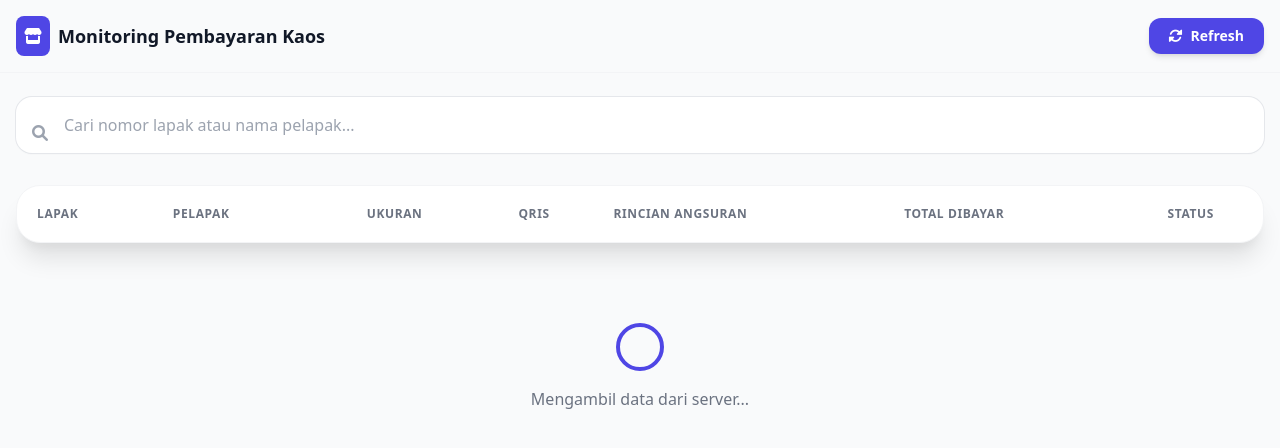
Repository: pasarrakyatbak/monitoringpembayarankaos
Page: index.html
These files come from the project's save history. The page is drawn as it stood at one moment and after the next save; the edit follows.
The browser window is 1280 px wide. The pictures show the whole page.

Above is the page before, as saved 2026-01-04 12:59:35.

After the next save:
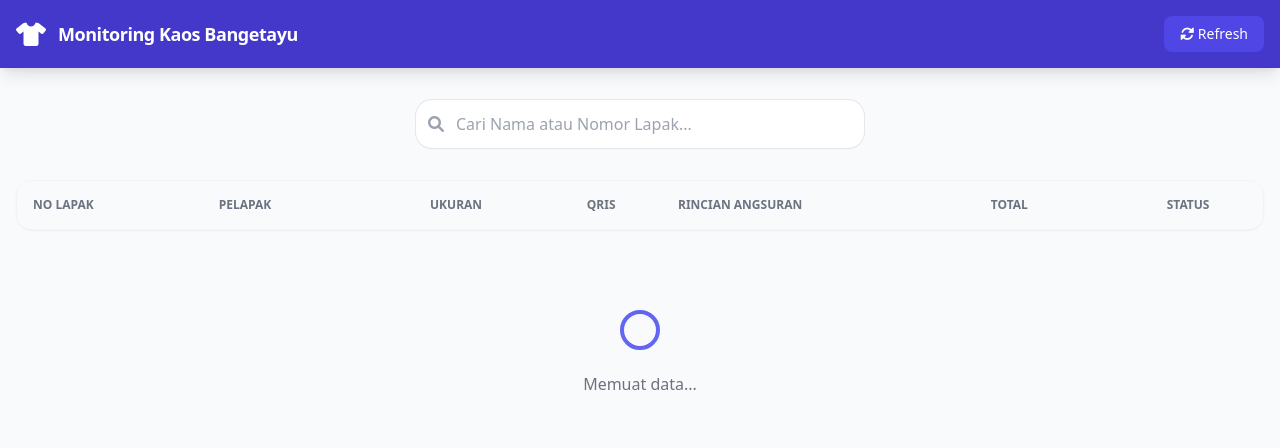
Saved 107 s later.
--- a/index.html
+++ b/index.html
@@ -8,57 +8,57 @@
     <?!= include('css'); ?>
 </head>
 
-<body class="bg-gray-50 text-gray-900">
+<body class="bg-gray-50">
 
-    <nav class="bg-white/80 backdrop-blur-md sticky top-0 z-50 border-b border-gray-100">
+    <nav class="bg-indigo-700 text-white shadow-lg sticky top-0 z-50">
         <div class="max-w-7xl mx-auto px-4 py-4 flex justify-between items-center">
-            <div class="flex items-center space-x-2">
-                <div class="bg-indigo-600 p-2 rounded-lg">
-                    <i class="fas fa-store text-white"></i>
-                </div>
-                <span class="font-bold text-lg hidden sm:block">Monitoring Pembayaran Kaos</span>
+            <div class="flex items-center space-x-3">
+                <i class="fas fa-tshirt text-2xl"></i>
+                <h1 class="font-bold text-lg tracking-tight">Monitoring Kaos Bangetayu</h1>
             </div>
-            <button onclick="fetchData()"
-                class="bg-indigo-600 hover:bg-indigo-700 text-white px-5 py-2 rounded-xl text-sm font-semibold transition-all flex items-center shadow-md">
-                <i id="refresh-icon" class="fas fa-sync-alt mr-2"></i> Refresh
+            <button onclick="loadData()"
+                class="bg-indigo-600 hover:bg-indigo-500 px-4 py-2 rounded-lg text-sm transition">
+                <i id="sync-icon" class="fas fa-sync-alt"></i> Refresh
             </button>
         </div>
     </nav>
 
-    <main class="max-w-7xl mx-auto px-4 py-6">
-        <div class="relative mb-8 group">
-            <i
-                class="fas fa-search absolute left-4 top-1/2 -translate-y-1/2 text-gray-400 group-focus-within:text-indigo-600 transition-colors"></i>
-            <input type="text" id="searchInput" onkeyup="filterData()"
-                placeholder="Cari nomor lapak atau nama pelapak..."
-                class="w-full pl-12 pr-6 py-4 rounded-2xl border-none shadow-sm ring-1 ring-gray-200 focus:ring-2 focus:ring-indigo-600 outline-none bg-white transition-all">
+    <main class="max-w-7xl mx-auto px-4 py-8">
+        <div class="mb-8">
+            <div class="relative max-w-md mx-auto">
+                <span class="absolute inset-y-0 left-0 pl-3 flex items-center text-gray-400">
+                    <i class="fas fa-search"></i>
+                </span>
+                <input type="text" id="searchInput" onkeyup="filterData()"
+                    class="block w-full pl-10 pr-3 py-3 border-none rounded-2xl shadow-sm ring-1 ring-gray-200 focus:ring-2 focus:ring-indigo-500 outline-none"
+                    placeholder="Cari Nama atau Nomor Lapak...">
+            </div>
         </div>
 
-        <div
-            class="hidden lg:block bg-white rounded-3xl shadow-xl shadow-gray-200/50 border border-gray-100 overflow-hidden">
+        <div class="hidden md:block bg-white rounded-2xl shadow-sm border border-gray-100 overflow-hidden">
             <table class="w-full text-left">
-                <thead class="bg-gray-50/50">
-                    <tr class="text-xs uppercase font-bold text-gray-500 tracking-wider">
-                        <th class="p-5">Lapak</th>
-                        <th class="p-5">Pelapak</th>
-                        <th class="p-5 text-center">Ukuran</th>
-                        <th class="p-5 text-center">QRIS</th>
-                        <th class="p-5">Rincian Angsuran</th>
-                        <th class="p-5">Total Dibayar</th>
-                        <th class="p-5 text-center">Status</th>
+                <thead class="bg-gray-50 text-gray-500 text-xs uppercase font-bold">
+                    <tr>
+                        <th class="p-4">No Lapak</th>
+                        <th class="p-4">Pelapak</th>
+                        <th class="p-4 text-center">Ukuran</th>
+                        <th class="p-4 text-center">QRIS</th>
+                        <th class="p-4">Rincian Angsuran</th>
+                        <th class="p-4">Total</th>
+                        <th class="p-4 text-center">Status</th>
                     </tr>
                 </thead>
-                <tbody id="table-body" class="divide-y divide-gray-100">
-                </tbody>
+                <tbody id="table-body" class="divide-y divide-gray-100"></tbody>
             </table>
         </div>
 
-        <div id="mobile-list" class="lg:hidden grid grid-cols-1 md:grid-cols-2 gap-4">
-        </div>
+        <div id="mobile-list" class="md:hidden space-y-4"></div>
 
-        <div id="loading" class="flex flex-col items-center justify-center py-20">
-            <div class="animate-spin rounded-full h-12 w-12 border-4 border-indigo-600 border-t-transparent"></div>
-            <p class="mt-4 text-gray-500 font-medium">Mengambil data dari server...</p>
+        <div id="loading" class="text-center py-20">
+            <div
+                class="spinner inline-block w-10 h-10 border-4 border-indigo-500 border-t-transparent rounded-full animate-spin">
+            </div>
+            <p class="mt-4 text-gray-500 font-medium">Memuat data...</p>
         </div>
     </main>
 
